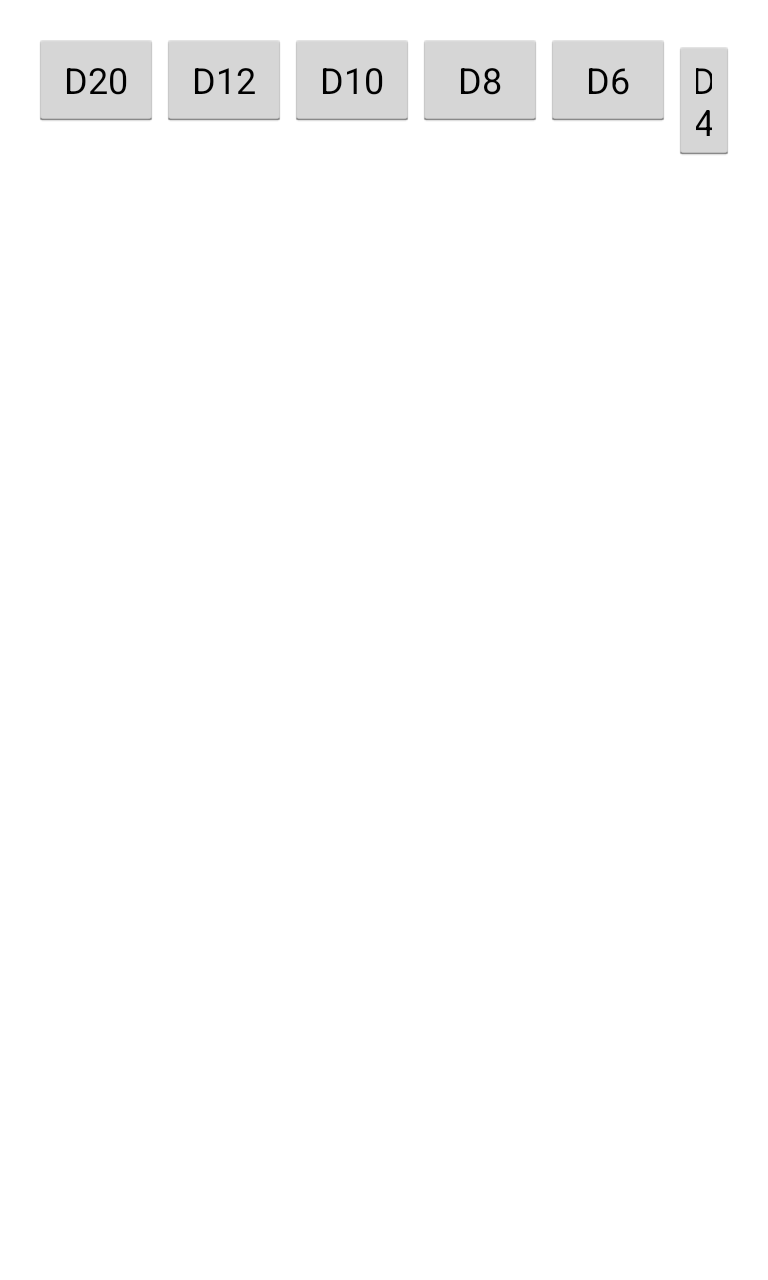
Repository: Bjodol/Roller
Layout: Roller/res/layout/activity_main.xml
The author's editor kept a copy of each file at every save. The layout is drawn from the files as they stood at one save, then again after the next save.
It is drawn on a 768 x 1280 px phone screen (xhdpi) without system bars, with theme AppTheme; the app's code is not run.

Above is the layout before, as saved 2013-08-29 08:18:12.

After the next save:
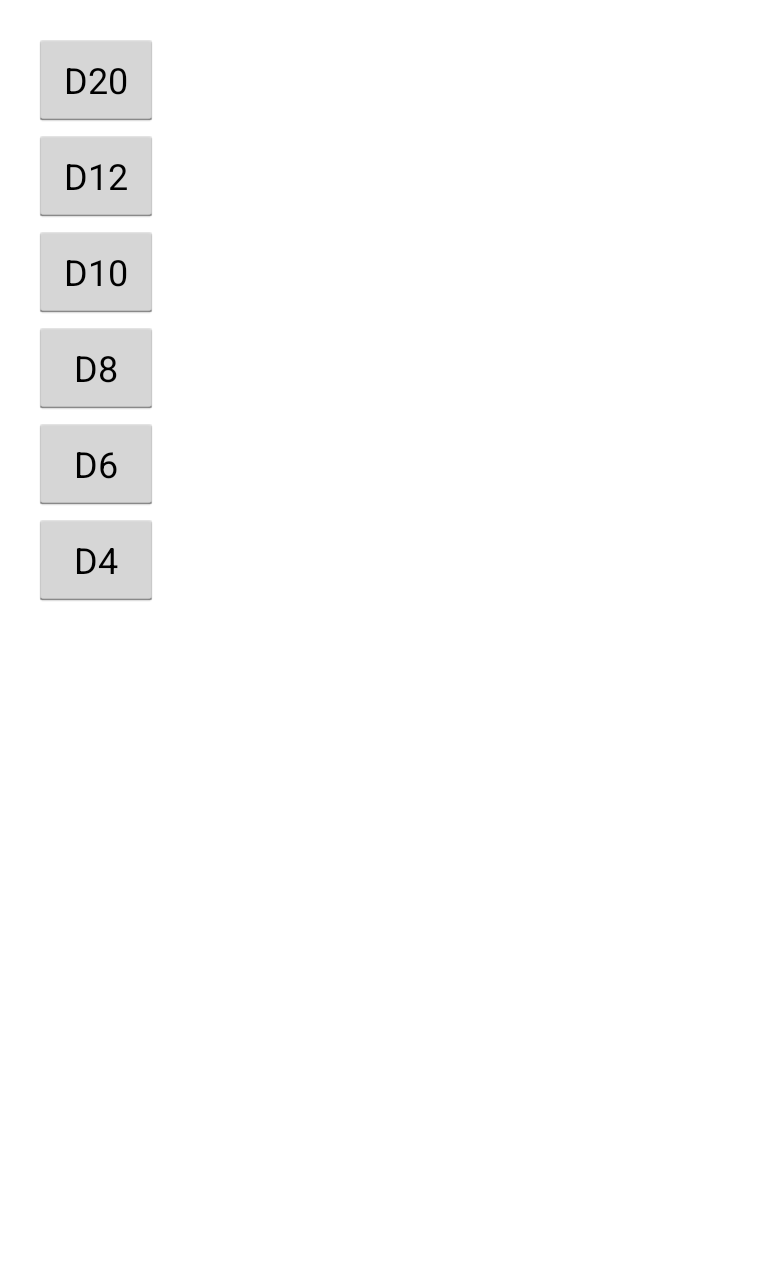
Saved 30 s later.
--- a/Roller/res/layout/activity_main.xml
+++ b/Roller/res/layout/activity_main.xml
@@ -6,7 +6,7 @@
     android:paddingLeft="@dimen/activity_horizontal_margin"
     android:paddingRight="@dimen/activity_horizontal_margin"
     android:paddingTop="@dimen/activity_vertical_margin"
-    android:orientation="horizontal"
+    android:orientation="vertical"
     tools:context=".MainActivity" >
 
     <Button

After the save that followed:
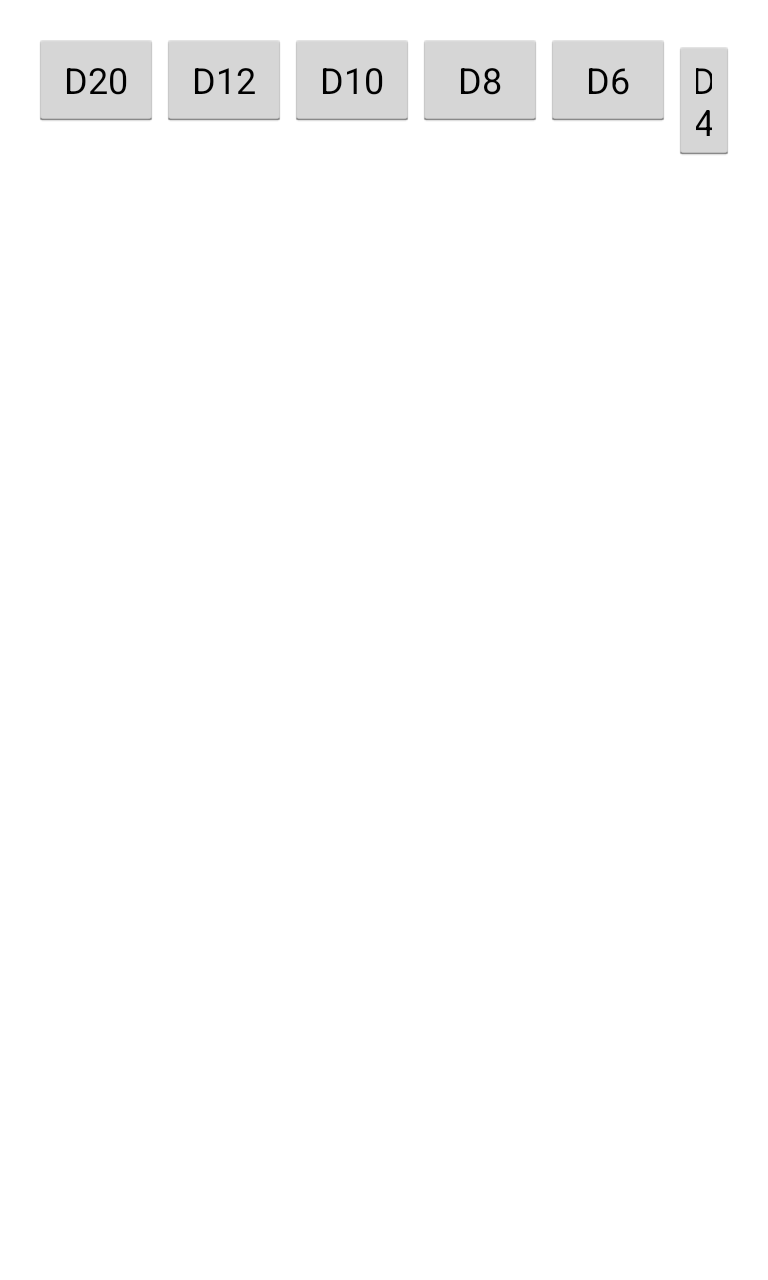
Saved 109 s later.
--- a/Roller/res/layout/activity_main.xml
+++ b/Roller/res/layout/activity_main.xml
@@ -6,7 +6,7 @@
     android:paddingLeft="@dimen/activity_horizontal_margin"
     android:paddingRight="@dimen/activity_horizontal_margin"
     android:paddingTop="@dimen/activity_vertical_margin"
-    android:orientation="vertical"
+    android:orientation="horisontal"
     tools:context=".MainActivity" >
 
     <Button
